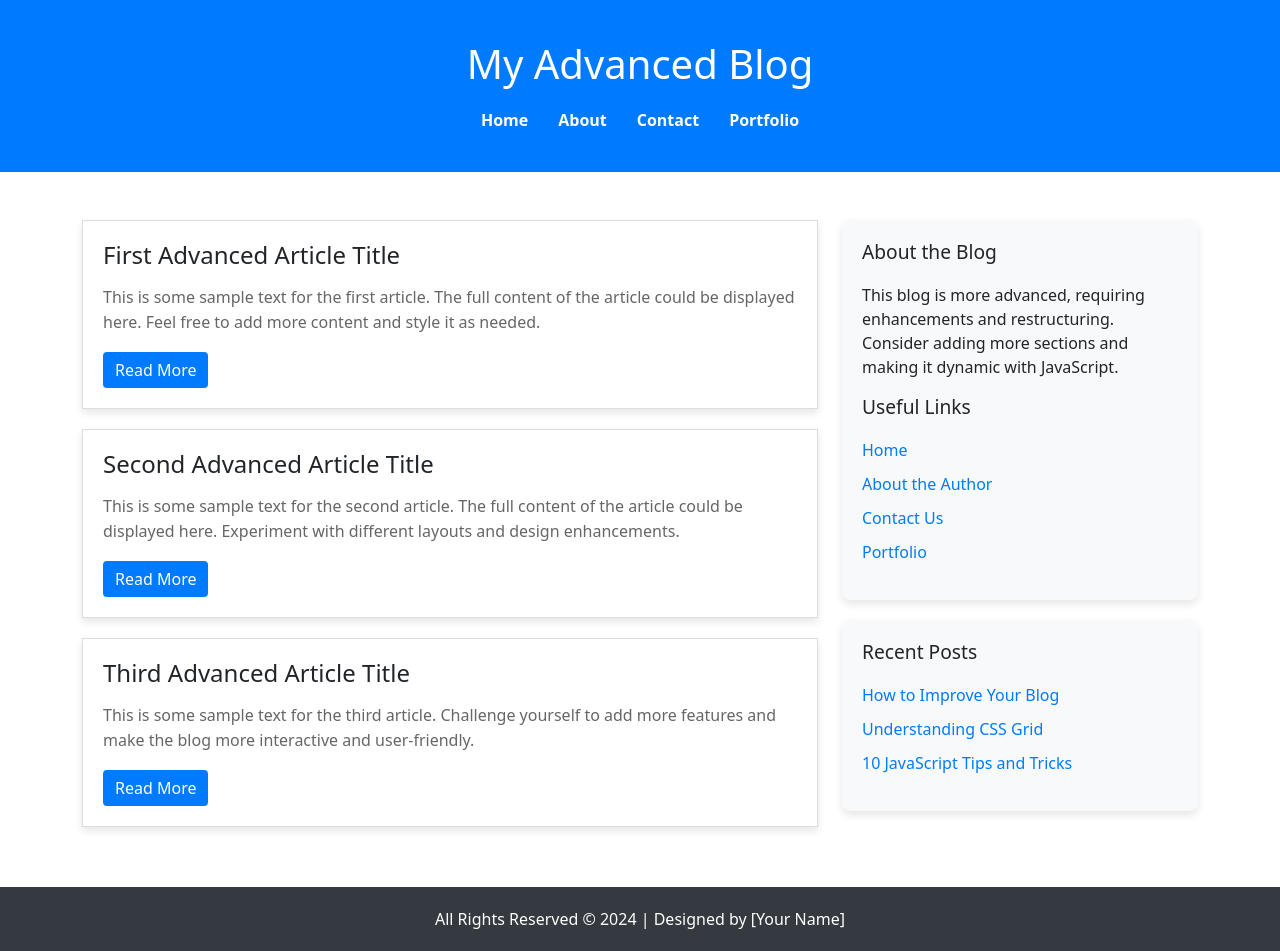
Repository: zeinawady/Blog-Code-Refactoring
Page: index.html
An editor plug-in stored every save of this project. The page is shown before and after the next save, followed by the edit.
The browser window is 1280 px wide. The pictures show the whole page.

Above is the page before, as saved 2024-09-23 13:52:04.

### index.html
<!DOCTYPE html>
<html lang="en">
  <head>
    <meta charset="UTF-8" />
    <meta name="viewport" content="width=device-width, initial-scale=1.0" />
    <title>My Advanced Blog</title>
    <link rel="stylesheet" href="style.css">
    <link
      href="https://cdn.jsdelivr.net/npm/bootstrap@5.1.3/dist/css/bootstrap.min.css"
      rel="stylesheet"
    />

  </head>
  <body>
    <header>
      <h1>My Advanced Blog</h1>
      <nav>
        <a href="#">Home</a>
        <a href="#">About</a>
        <a href="#">Contact</a>
        <a href="#">Portfolio</a>
      </nav>
    </header>

    <div class="container mt-5">
      <div class="row">
        <div class="col-md-8">
          <article>
            <h2>First Advanced Article Title</h2>
            <p>
              This is some sample text for the first article. The full content
              of the article could be displayed here. Feel free to add more
              content and style it as needed.
            </p>
            <button class="btn btn-primary">Read More</button>
          </article>
          <article>
            <h2>Second Advanced Article Title</h2>
            <p>
              This is some sample text for the second article. The full content
              of the article could be displayed here. Experiment with different
              layouts and design enhancements.
            </p>
            <button class="btn btn-primary">Read More</button>
          </article>
          <article>
            <h2>Third Advanced Article Title</h2>
            <p>
              This is some sample text for the third article. Challenge yourself
              to add more features and make the blog more interactive and
              user-friendly.
            </p>
            <button class="btn btn-primary">Read More</button>
          </article>
        </div>
        <div class="col-md-4">
          <aside>
            <h3>About the Blog</h3>
            <p>
              This blog is more advanced, requiring enhancements and
              restructuring. Consider adding more sections and making it dynamic
              with JavaScript.
            </p>
            <h3>Useful Links</h3>
            <ul>
              <li><a href="#">Home</a></li>
              <li><a href="#">About the Author</a></li>
              <li><a href="#">Contact Us</a></li>
              <li><a href="#">Portfolio</a></li>
            </ul>
          </aside>
          <aside>
            <h3>Recent Posts</h3>
            <ul>
              <li><a href="#">How to Improve Your Blog</a></li>
              <li><a href="#">Understanding CSS Grid</a></li>
              <li><a href="#">10 JavaScript Tips and Tricks</a></li>
            </ul>
          </aside>
        </div>
      </div>
    </div>

    <div class="footer">
      <p>All Rights Reserved © 2024 | Designed by [Your Name]</p>
    </div>

    <script src="https://cdn.jsdelivr.net/npm/bootstrap@5.1.3/dist/js/bootstrap.bundle.min.js"></script>
  </body>
</html>

### style.css
body {
    font-family: Arial, sans-serif;
    background-color: #f4f4f9;
  }
  header {
    background-color: #007bff;
    color: white;
    padding: 40px 0;
    text-align: center;
    position: relative;
  }
  header::after {
    content: "";
    position: absolute;
    bottom: -20px;
    left: 50%;
    transform: translateX(-50%);
    width: 100px;
    height: 5px;
    background-color: white;
  }
  nav {
    display: flex;
    justify-content: center;
    margin-top: 20px;
  }
  nav a {
    color: white;
    margin: 0 15px;
    text-decoration: none;
    font-weight: bold;
  }
  nav a:hover {
    text-decoration: underline;
  }
  article {
    border: 1px solid #ddd;
    margin-bottom: 20px;
    padding: 20px;
    background-color: white;
    box-shadow: 0 4px 8px rgba(0, 0, 0, 0.1);
    transition: transform 0.3s ease, box-shadow 0.3s ease;
  }
 artcile:hover {
    transform: translateY(-5px);
    box-shadow: 0 8px 16px rgba(0, 0, 0, 0.2);
  }
  article h2 {
    font-size: 1.5rem;
    margin-bottom: 15px;
  }
  article p {
    color: #666;
    line-height: 1.6;
  }
  article .btn-primary {
    background-color: #007bff;
    border: none;
  }
  article .btn-primary:hover {
    background-color: #0056b3;
  }
  aside {
    background-color: #f8f9fa;
    padding: 20px;
    border-radius: 8px;
    box-shadow: 0 4px 8px rgba(0, 0, 0, 0.1);
    margin-bottom: 20px;
  }
  aside h3 {
    margin-bottom: 20px;
    font-size: 1.2rem;
  }
  aside ul {
    list-style-type: none;
    padding-left: 0;
  }
  aside ul li {
    margin-bottom: 10px;
  }
  aside ul li a {
    color: #007bff;
    text-decoration: none;
  }
  aside ul li a:hover {
    text-decoration: underline;
  }
  .footer {
    background-color: #343a40;
    color: white;
    text-align: center;
    padding: 20px;
    margin-top: 40px;
  }
  .footer p {
    margin: 0;
  }

After the next save:
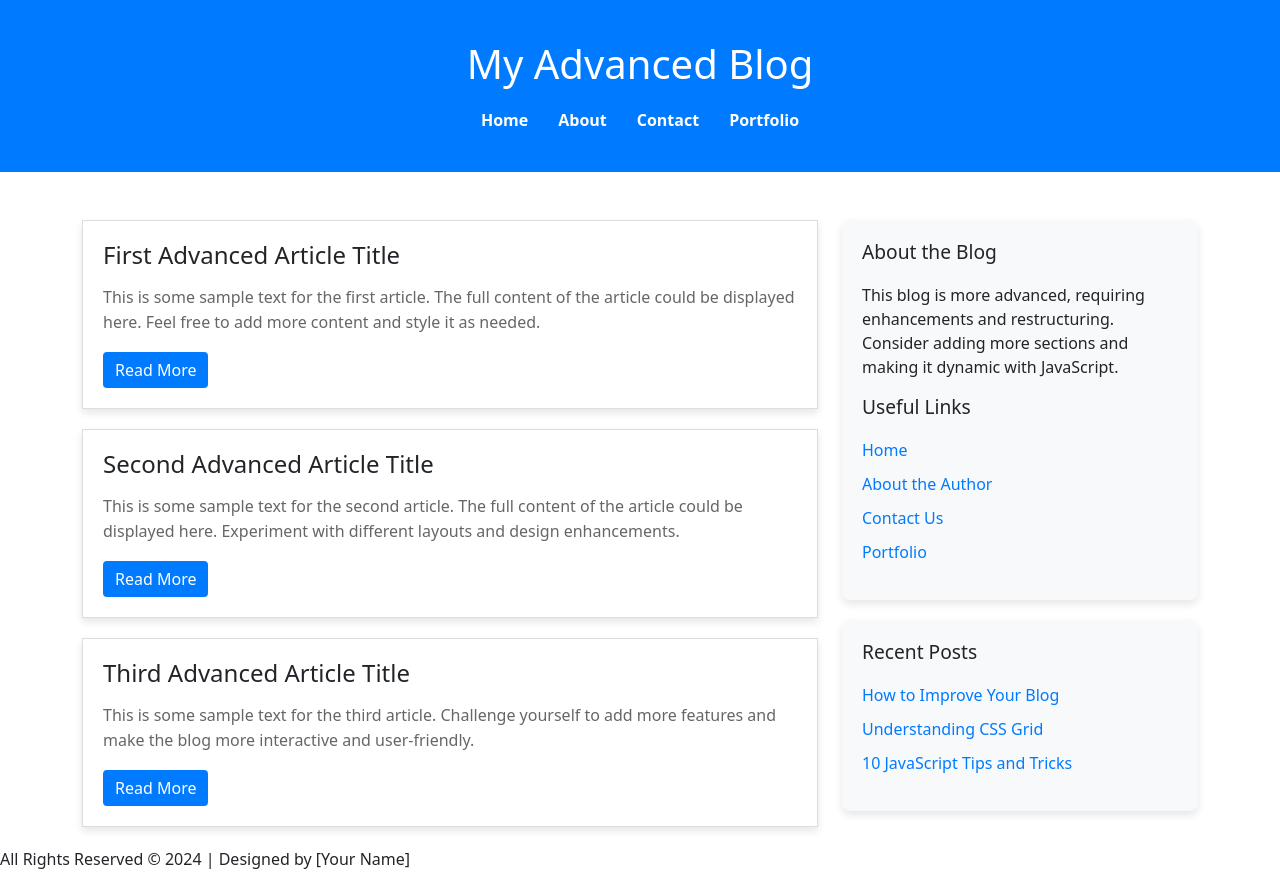
Saved 10 min 39 s later.
--- a/index.html
+++ b/index.html
@@ -81,9 +81,9 @@
       </div>
     </div>
 
-    <div class="footer">
+    <footer>
       <p>All Rights Reserved © 2024 | Designed by [Your Name]</p>
-    </div>
+    </footer>
 
     <script src="https://cdn.jsdelivr.net/npm/bootstrap@5.1.3/dist/js/bootstrap.bundle.min.js"></script>
   </body>
